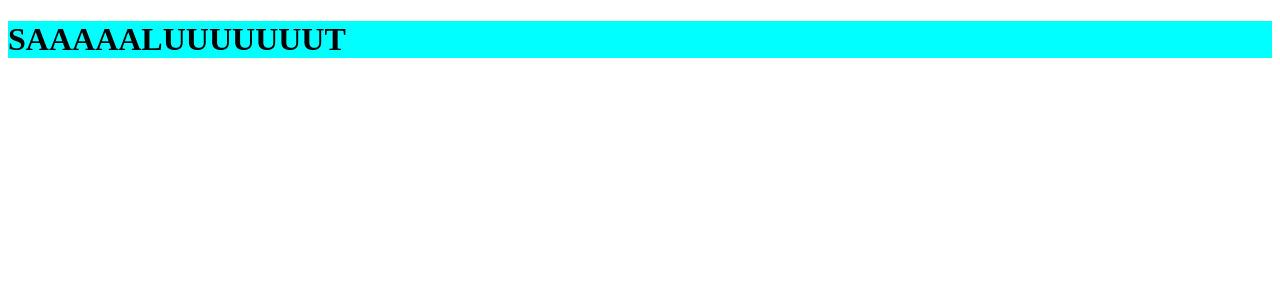
Repository: Yghlis/Wouf
Page: src/ash.html
An editor plug-in stored every save of this project. The page is shown before and after the next save, followed by the edit.
The browser window is 1280 px wide. The pictures show the whole page.

Above is the page before, as saved 2024-04-26 10:46:08.

### src/ash.html
<!DOCTYPE html>
<html lang="en">
<head>
    <meta charset="UTF-8">
    <meta name="viewport" content="width=device-width, initial-scale=1.0">
    <title>Document</title>
    <style>
        .container {
            background-color: aqua;
        }
    </style>
</head>
<body>
    <div class="container">
<h1>SAAAAALUUUUUUUT</h1>
    </div>

</body>
</html>

After the next save:
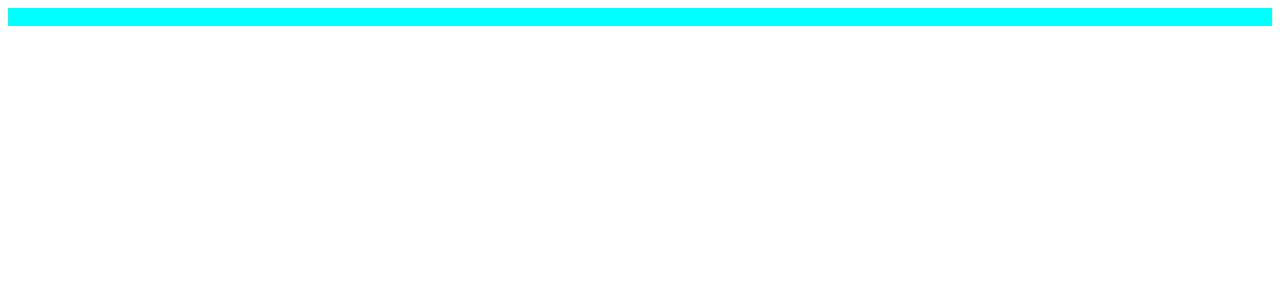
Saved 49 s later.
--- a/src/ash.html
+++ b/src/ash.html
@@ -12,7 +12,7 @@
 </head>
 <body>
     <div class="container">
-<h1>SAAAAALUUUUUUUT</h1>
+<img>
     </div>
 
 </body>
